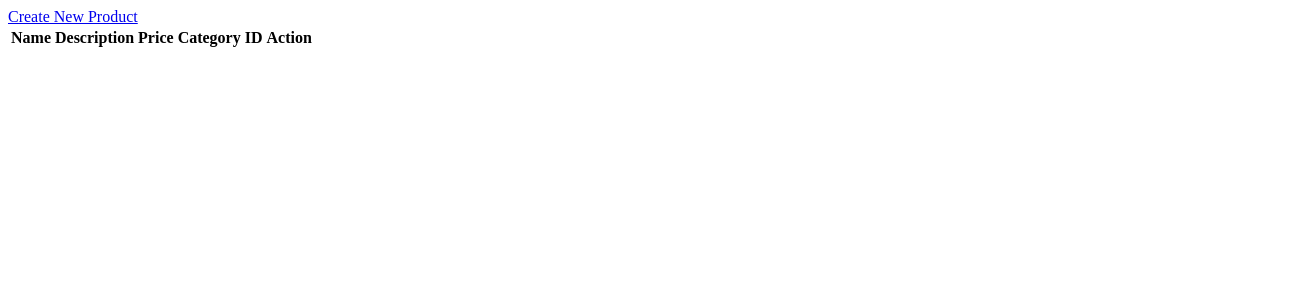
Repository: Satoshi514/laravel_samuraimart
Page: http://localhost/products
These files come from the project's save history. The page is drawn as it stood at one moment and after the next save; the edit follows.
The browser window is 1280 px wide. The page is 1280 px wide, then 1292 px, so the pictures cover 1292 px, including what lies to the right of the window. The pictures show the whole page.
The page is served by the project's Laravel application, run on PHP 8.4 with Laravel 9. A made-up administrator, Test User (test@example.com), is signed in. Style sheets and scripts are compiled from the project's sources, by tool versions that may differ from the author's. Queries for data that is not in the repository find no rows.

Above is the page before, as saved 2023-05-27 17:21:56.

After the next save:
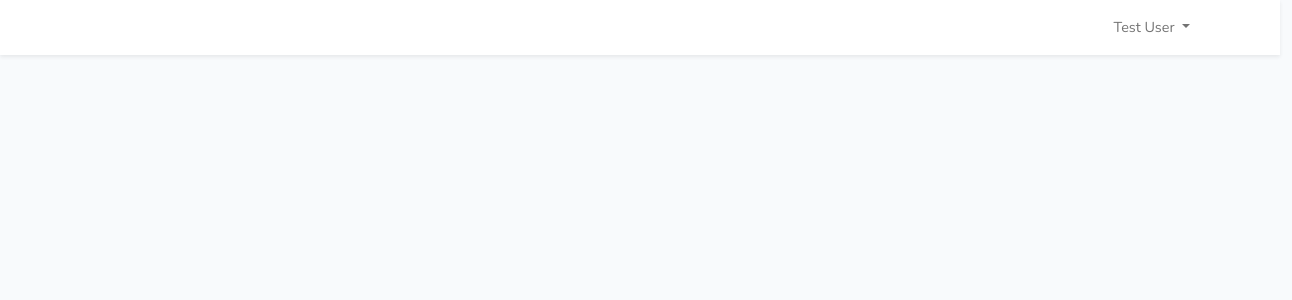
Saved 19 h 8 min later.
--- a/resources/views/products/index.blade.php
+++ b/resources/views/products/index.blade.php
@@ -1,28 +1,27 @@
-<a href="{{ route('products.create') }}"> Create New Product</a>
+@extends('layouts.app')
 
-<table>
-  <tr>
-    <th>Name</th>
-    <th>Description</th>
-    <th>Price</th>
-    <th>Category ID</th>
-    <th>Action</th>
-  </tr>
-  @foreach($products as $product)
-  <tr>
-    <td>{{ $product->name }}</td>
-    <td>{{ $product->description }}</td>
-    <td>{{ $product->price }}</td>
-    <td>{{ $product->category_id }}</td>
-    <td>
-         <form action= "{{ route('products.destroy',$product->id) }}" method="POST">
-         <a href="{{ route('products.show',$product->id) }}">Show</a>
-         <a href="{{ route('products.edit',$product->id) }}">Edit</a>
-          @csrf
-          @method('DELETE')
-          <button type="submit">Delete</button>
-         </form>
-    </td>
-  </tr>
-  @endforeach
-</table>
+@section('content')
+<div class="row">
+    <div class="col-9">
+        <div class="container mt-4">
+            <div class="row w-100">
+                @foreach($products as $product)
+                <div class="col-3">
+                    <a href="{{route('products.show', $product)}}">
+                        <img src="{{ asset('img/dummy.png')}}" class="img-thumbnail">
+                    </a>
+                    <div class="row">
+                        <div class="col-12">
+                            <p class="samuraimart-product-label mt-2">
+                                {{$product->name}}<br>
+                                <label>￥{{$product->price}}</label>
+                            </p>
+                        </div>
+                    </div>
+                </div>
+                @endforeach
+            </div>
+        </div>
+    </div>
+</div>
+@endsection
